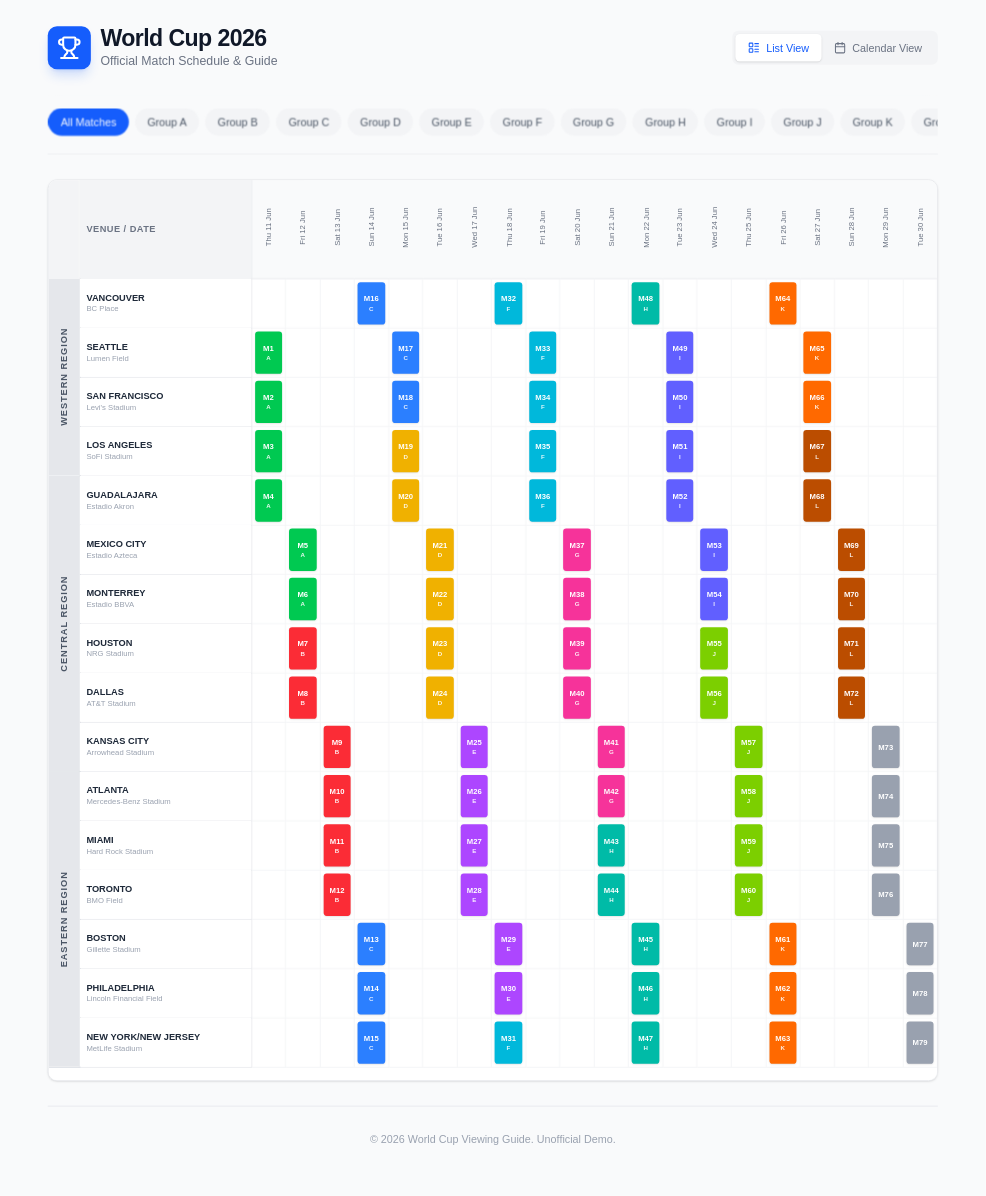
Repository: tc9011/world-cup
Page: /
These files come from the project's save history. The page is drawn as it stood at one moment and after the next save; the edit follows.
The browser window is 1280 px wide. The pictures show the whole page, at 77% of full size.
The project was rebuilt for these pictures with package versions that can differ from the ones it lists, and the page was loaded fresh each time. The framework's server and built-in components were replaced by stand-ins that run in the browser. Also part of the build but not shown: next.config.ts, components/CalendarView.tsx.

Above is the page before, as saved 2025-12-06 12:19:25.

After the next save:
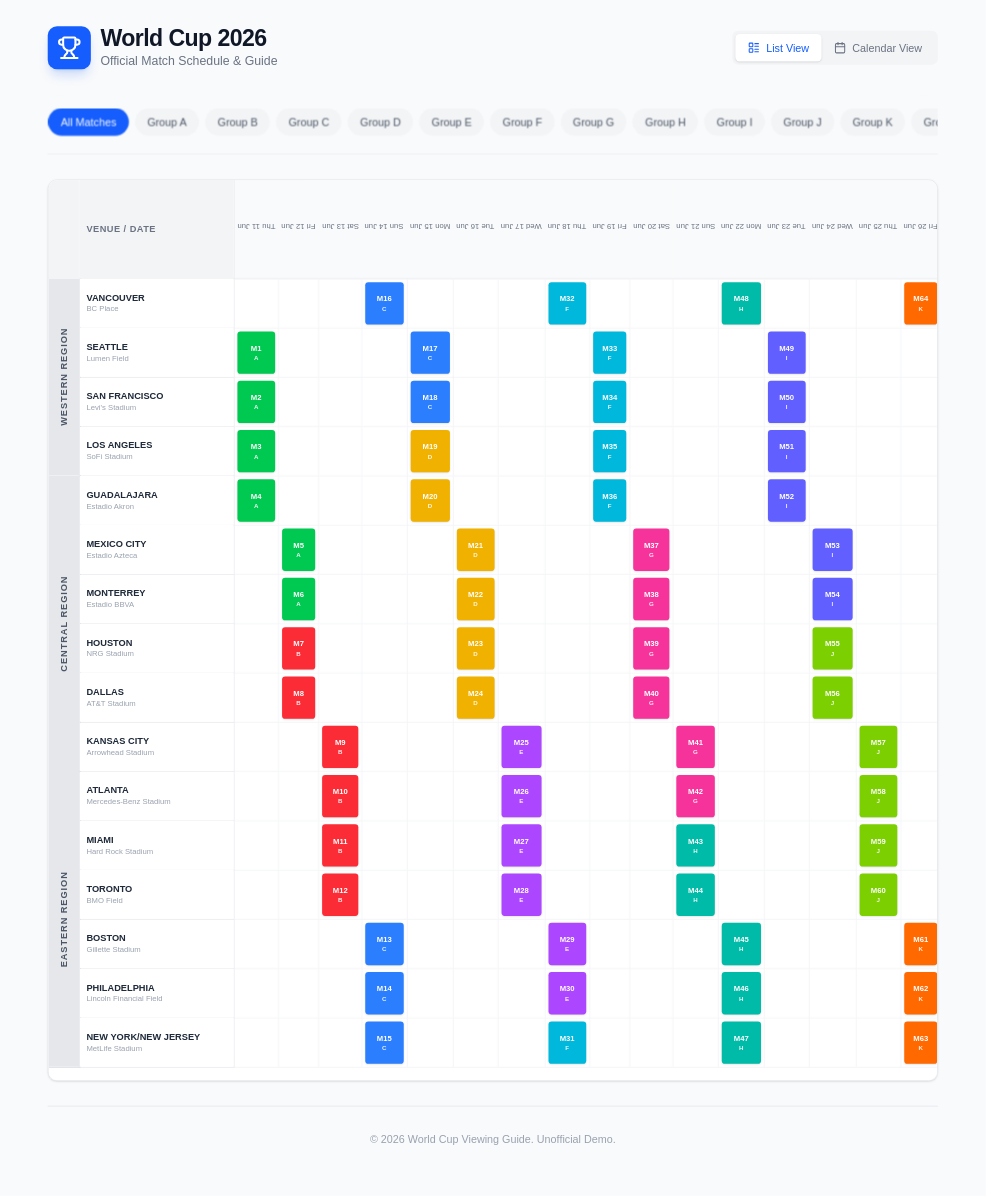
Saved 45 s later.
--- a/components/ScheduleMatrix.tsx
+++ b/components/ScheduleMatrix.tsx
@@ -61,7 +61,7 @@ export const ScheduleMatrix: React.FC<ScheduleMatrixProps> = ({ matches }) => {
               {days.map(day => (
                 <th key={day.toISOString()} className="p-1 border-b border-gray-200 dark:border-gray-700 min-w-[40px] text-center bg-gray-50 dark:bg-gray-900 align-bottom pb-2 h-32">
                   <div className="flex items-center justify-center h-full w-full">
-                    <span className="text-[10px] text-gray-500 font-medium whitespace-nowrap [writing-mode:vertical-rl] rotate-180">
+                    <span className="text-[10px] text-gray-500 font-medium whitespace-nowrap rotate-180">
                       {format(day, 'EEE d MMM')}
                     </span>
                   </div>
